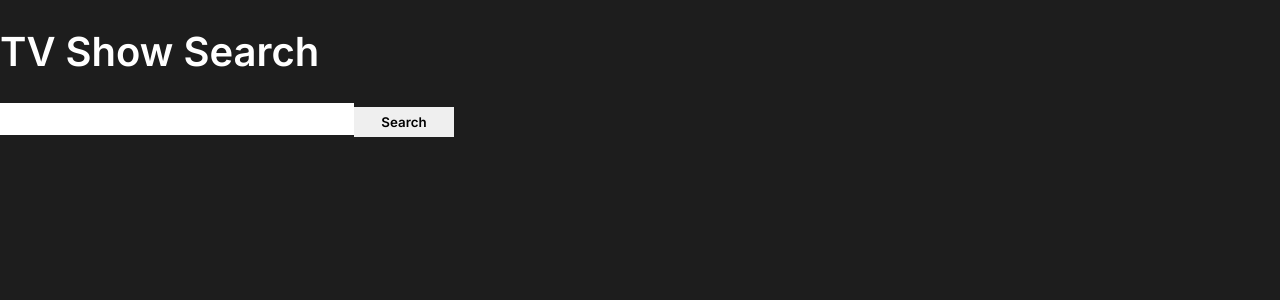
Repository: shayanabedi98/tv-search-react
Page: /
The author's editor kept a copy of each file at every save. The page is drawn from the files as they stood at one save, then again after a run of saves.
The browser window is 1280 px wide. The pictures show the whole page.
The project was rebuilt for these pictures with package versions that can differ from the ones it lists, and the page was loaded fresh each time. Also part of the build but not shown: vite.config.js.

Above is the page before, as saved 2024-01-02 02:29:44.

### index.html
<!doctype html>
<html lang="en">
  <head>
    <meta charset="UTF-8" />
    <link rel="icon" type="image/svg+xml" href="https://www.svgrepo.com/show/503669/tv.svg" />
    <meta name="viewport" content="width=device-width, initial-scale=1.0" />
    <title>TV Show Search | React</title>
  </head>
  <body>
    <div id="root"></div>
    <script type="module" src="/src/main.jsx"></script>
  </body>
</html>

### src/App.jsx
import { useState } from "react";
import { v4 as uuid } from "uuid";
import List from "./List";
import Search from "./Search";

function App() {
  const [input, setInput] = useState();
  const [showList, setShowList] = useState([]);

  const fetchShow = async () => {
    try {
      if (input) {
        const response = await fetch(
          `https://api.tvmaze.com/search/shows?q=${input}`
        );
        const responseJson = await response.json();
        let newList = [];
        for (let i = 0; i < responseJson.length; i++) {
          if (responseJson[i].show.image) {
            newList.push({
              id: uuid(),
              name: responseJson[i].show.name,
              img: responseJson[i].show.image.medium,
              language: responseJson[i].show.language,
              rating: responseJson[i].show.rating.average,
            });
          }
        }
        setShowList(newList);
        console.log(responseJson);
      }
    } catch (err) {
      console.log(err);
    }
  };

  const handleChange = (e) => {
    setInput(e.target.value);
  };

  return (
    <div>
      <Search fetchShow={fetchShow} input={input} handleChange={handleChange} />
      <List showList={showList} />
    </div>
  );
}

export default App;

### src/index.css
@import url('https://fonts.googleapis.com/css2?family=Inter:wght@600&display=swap');

body {
  font-family: 'Inter', sans-serif;
  margin: 0;
  padding: 0;
  background-color: rgb(29, 29, 29);
  color: white;
}

.search h1 {
  font-size: 40px;
}

.search input {
  border: none;
  height: 30px;
  width: 350px;
  font-size: 26px;
  outline: none;
}

.search input:focus {
  outline: 2px grey solid;
}

.search button {
  height: 30px;
  width: 100px;
  font-family: 'Inter', sans-serif;
  border: none;
}

### src/List.jsx
import React from "react";

const List = ({ showList }) => {
  return (
    <div className="list">
      {showList.length > 0 &&
        showList.map((show) => {
          return (
            <div className="card" key={show.id}>
              <h2>{show.name}</h2>
              <img src={show.img} alt={`cover photo of ${show.name}`} />
              <p>
                <span>Language: </span>
                {show.language}
              </p>
              <p>{show.rating ? `Rating: ${show.rating}⭐` : "Rating: N/A"}</p>
            </div>
          );
        })}
    </div>
  );
};

export default List;

### src/Search.jsx
import React from "react";

const Search = ({ fetchShow, input, handleChange }) => {
  return (
    <div className="search">
        <h1>TV Show Search</h1>
      <div className="search-bar">
        <input
          required
          type="text"
          onKeyDown={(e) => e.key === "Enter" && fetchShow()}
          onChange={handleChange}
          value={input}
        />
        <button onClick={fetchShow}>Search</button>
      </div>
    </div>
  );
};

export default Search;

Loaded but not shown: src/main.jsx (common file)

After the next 3 saves:
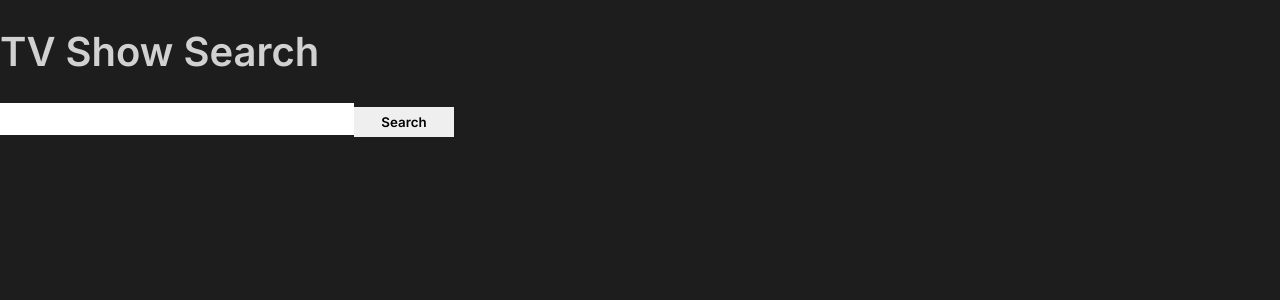
The 3 saves are shown as one change because they came seconds apart.
The last was saved 11 s later.
--- a/src/index.css
+++ b/src/index.css
@@ -5,7 +5,7 @@ body {
   margin: 0;
   padding: 0;
   background-color: rgb(29, 29, 29);
-  color: white;
+  color: rgb(209, 209, 209);
 }
 
 .search h1 {
